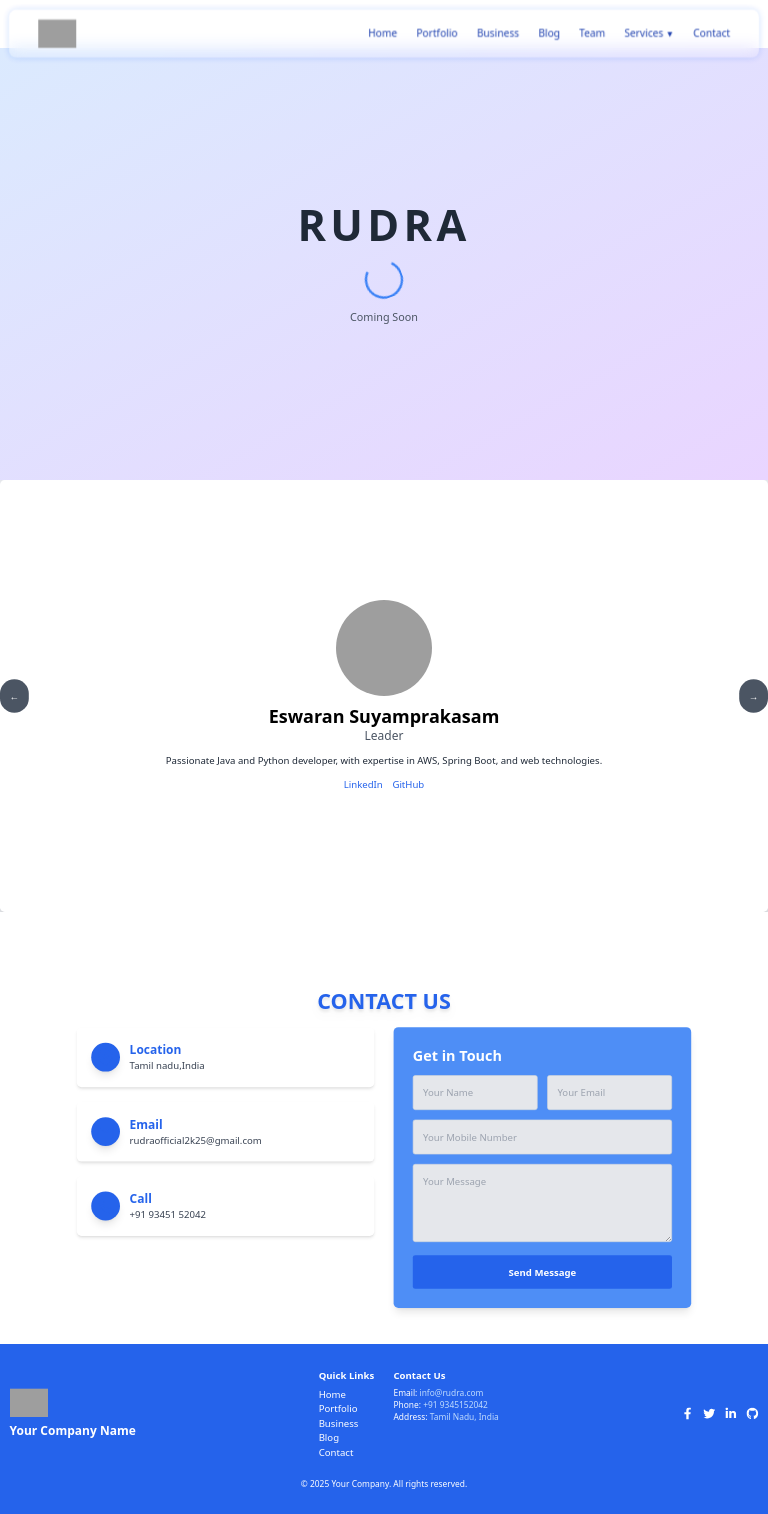
Repository: Rudra-Eswaran/Rudra_Official
Page: /
An editor plug-in stored every save of this project. The page is shown before and after a run of saves, followed by the edit.
The browser window is 1280 px wide. The pictures show the whole page, at 60% of full size.
Pictures or frames that could not be fetched are drawn as grey boxes. Some web libraries are served in a nearby version. The project was rebuilt for these pictures with package versions that can differ from the ones it lists, and the page was loaded fresh each time. Also part of the build but not shown: vite.config.js.

Above is the page before, as saved 2025-04-16 20:11:44.

### index.html
<!doctype html>
<html lang="en">
  <head>
    <meta charset="UTF-8" />
    <link rel="icon" type="image/svg+xml" href="/vite.svg" />
    <meta name="viewport" content="width=device-width, initial-scale=1.0" />
    <title>Rudra Loading</title>
    <!-- Tailwind CSS CDN -->
<script src="https://cdn.tailwindcss.com"></script>

  </head>
  <body>
    <div id="root"></div>
    <script type="module" src="/src/main.jsx"></script>
  </body>
</html>

### src/App.jsx
import Navbar from "./components/Navbar";
import Footer from "./pages/Footer";
import Contact from "./pages/Contactus";
import Rudrans from "./pages/Rudrans";
import Home from "./pages/Home";

export default function App() {
  return (
    <>
      <Navbar />

      {/* Add a top margin to push content below the navbar */}
      <div className="mt-[80px]"> {/* Adjust this value based on your navbar height */}

        <Home/>
        <Rudrans />
        <Contact />
      </div>

      {/* Footer will be at the bottom */}
      <Footer />
    </>
  );
}

### src/components/Navbar.jsx
import { useState, useEffect } from "react";
import { Link } from "react-router-dom";

const Navbar = () => {
  const [isDropdownOpen, setIsDropdownOpen] = useState(false);
  const [scrolled, setScrolled] = useState(false);

  useEffect(() => {
    const handleScroll = () => {
      setScrolled(window.scrollY > 10);
    };
    window.addEventListener("scroll", handleScroll);
    return () => window.removeEventListener("scroll", handleScroll);
  }, []);

  return (
    <nav
      className={`fixed top-4 left-[15px] right-[15px] z-50 p-4 rounded-xl backdrop-blur-md transition-all duration-300 ease-in-out
        ${scrolled ? "shadow-[0_0_20px_rgba(0,102,255,0.4)]" : "shadow-[0_0_12px_rgba(0,102,255,0.2)]"}`}
    >
      <div className="flex justify-between items-center px-4 md:px-8 bg-transparent">
        {/* Logo */}
        <div className="flex items-center space-x-2">
          <img
            src="path_to_your_logo.gif"
            alt="Logo"
            className="h-12 w-auto transition-transform transform hover:scale-110"
          />
        </div>

        {/* Desktop Menu */}
        <ul className="hidden md:flex space-x-8 text-[17px] font-medium text-blue-800">
          <li>
            <Link to="/" className="hover:text-blue-400 hover:scale-105 transition-all">
              Home
            </Link>
          </li>
          <li>
            <Link to="/portfolio" className="hover:text-blue-400 hover:scale-105 transition-all">
              Portfolio
            </Link>
          </li>
          <li>
            <Link to="/business" className="hover:text-blue-400 hover:scale-105 transition-all">
              Business
            </Link>
          </li>
          <li>
            <Link to="/blog" className="hover:text-blue-400 hover:scale-105 transition-all">
              Blog
            </Link>
          </li>
          <li>
            <Link to="/team" className="hover:text-blue-400 hover:scale-105 transition-all">
              Team
            </Link>
          </li>

          {/* Services Dropdown */}
          <li className="relative">
            <button
              onClick={() => setIsDropdownOpen(!isDropdownOpen)}
              className="flex items-center hover:text-blue-400 hover:scale-105 transition-all"
            >
              Services <span className="ml-1 text-sm">{isDropdownOpen ? "▲" : "▼"}</span>
            </button>
            {isDropdownOpen && (
              <ul className="absolute left-0 mt-2 bg-white border border-blue-200 shadow-xl rounded-md py-2 w-44 animate-fadeIn space-y-2 text-blue-800 z-50">
                <li>
                  <Link
                    to="/products"
                    className="block px-4 py-2 hover:bg-blue-50 hover:text-blue-500 transition-all"
                    onClick={() => setIsDropdownOpen(false)}
                  >
                    Products
                  </Link>
                </li>
                <li>
                  <Link
                    to="/services"
                    className="block px-4 py-2 hover:bg-blue-50 hover:text-blue-500 transition-all"
                    onClick={() => setIsDropdownOpen(false)}
                  >
                    Services
                  </Link>
                </li>
                <li>
                  <Link
                    to="/edtech"
                    className="block px-4 py-2 hover:bg-blue-50 hover:text-blue-500 transition-all"
                    onClick={() => setIsDropdownOpen(false)}
                  >
                    Edtech
                  </Link>
                </li>
              </ul>
            )}
          </li>

          <li>
            <Link to="/contact" className="hover:text-blue-400 hover:scale-105 transition-all">
              Contact
            </Link>
          </li>
        </ul>
      </div>
    </nav>
  );
};

export default Navbar;

### src/pages/Footer.jsx
import React from "react";
import { Link } from "react-router-dom";
import { FaFacebookF, FaTwitter, FaLinkedinIn, FaGithub } from "react-icons/fa"; // Social Media Icons

const Footer = () => {
  return (
    <footer className="bg-blue-600 text-white py-10">
      <div className="container mx-auto px-4">
        <div className="flex flex-col md:flex-row justify-between items-center">
          {/* Logo */}
          <div className="text-center md:text-left mb-6 md:mb-0">
            <img src="path_to_your_logo.gif" alt="Logo" className="h-12 w-auto" />
            <p className="text-xl font-semibold mt-2">Your Company Name</p>
          </div>

          {/* Links */}
          <div className="flex flex-col md:flex-row space-y-4 md:space-y-0 md:space-x-8 text-center md:text-left">
            <div>
              <h4 className="font-bold mb-2">Quick Links</h4>
              <ul>
                <li>
                  <Link to="/" className="hover:text-blue-200">Home</Link>
                </li>
                <li>
                  <Link to="/portfolio" className="hover:text-blue-200">Portfolio</Link>
                </li>
                <li>
                  <Link to="/business" className="hover:text-blue-200">Business</Link>
                </li>
                <li>
                  <Link to="/blog" className="hover:text-blue-200">Blog</Link>
                </li>
                <li>
                  <Link to="/contact" className="hover:text-blue-200">Contact</Link>
                </li>
              </ul>
            </div>

            {/* Contact */}
            <div>
              <h4 className="font-bold mb-2">Contact Us</h4>
              <ul>
                <li>
                  <p className="text-sm">Email: <span className="text-blue-200">info@rudra.com</span></p>
                </li>
                <li>
                  <p className="text-sm">Phone: <span className="text-blue-200">+91 9345152042</span></p>
                </li>
                <li>
                  <p className="text-sm">Address: <span className="text-blue-200">Tamil Nadu, India</span></p>
                </li>
              </ul>
            </div>
          </div>

          {/* Social Media Icons */}
          <div className="mt-6 md:mt-0 flex space-x-4 justify-center">
            <a href="https://facebook.com" target="_blank" rel="noopener noreferrer" className="text-white hover:text-blue-200">
              <FaFacebookF size={20} />
            </a>
            <a href="https://twitter.com" target="_blank" rel="noopener noreferrer" className="text-white hover:text-blue-200">
              <FaTwitter size={20} />
            </a>
            <a href="https://linkedin.com" target="_blank" rel="noopener noreferrer" className="text-white hover:text-blue-200">
              <FaLinkedinIn size={20} />
            </a>
            <a href="https://github.com" target="_blank" rel="noopener noreferrer" className="text-white hover:text-blue-200">
              <FaGithub size={20} />
            </a>
          </div>
        </div>

        {/* Bottom Section */}
        <div className="text-center mt-8">
          <p className="text-sm">&copy; {new Date().getFullYear()} Your Company. All rights reserved.</p>
        </div>
      </div>
    </footer>
  );
};

export default Footer;

### src/pages/Contactus.jsx
import React, { useState } from "react";
import { motion } from "framer-motion";
import { FiPhone, FiMail, FiMapPin, FiX } from "react-icons/fi";  // Using react-icons for Phone, Email, Location
import { CONTACT_INFO, MODAL_MESSAGES, FORM_FIELDS, BUTTON_LABELS } from "../Constants"; // Import constants

const Contactus = ({ scrollToFooter }) => {
  const [formData, setFormData] = useState({ name: "", email: "", message: "", phone: "" });
  const [submitted, setSubmitted] = useState(false);
  const [loading, setLoading] = useState(false);
  const [showModal, setShowModal] = useState(false);

  const handleChange = (e) => {
    setFormData({ ...formData, [e.target.name]: e.target.value });
  };

  const handleSubmit = async (e) => {
    e.preventDefault();

    if (!formData.name || !formData.email || !formData.message || !formData.phone) {
      alert("Please fill in all the fields.");
      return;
    }

    const emailRegex = /^[^\s@]+@[^\s@]+\.[^\s@]+$/;
    if (!emailRegex.test(formData.email)) {
      alert("Please enter a valid email address.");
      return;
    }

    setLoading(true);
    try {
      const response = await fetch(`${import.meta.env.VITE_BACKEND_BASE_URL}/contact`, {
        method: "POST",
        headers: { "Content-Type": "application/json" },
        body: JSON.stringify(formData),
      });

      const result = await response.json();
      if (result.success) {
        setSubmitted(true);
        setShowModal(true);
        setFormData({ name: "", email: "", message: "", phone: "" });
        setTimeout(() => setShowModal(false), 4000);
      } else {
        alert("Failed to submit form");
      }
    } catch (err) {
      console.error("Error submitting form:", err);
      alert("Something went wrong!");
    } finally {
      setLoading(false);
    }
  };

  return (
    <motion.section
      initial={{ opacity: 0, y: 30 }}
      animate={{ opacity: 1, y: 0 }}
      transition={{ duration: 0.6, ease: "easeOut" }}
      className="relative text-black pt-32 pb-12 px-4 md:px-6 min-h-screen bg-white" // Removed scroll-mt-32
      style={{
        backgroundColor: "#ffffff", // White background
        backgroundSize: "cover",
        backgroundPosition: "center",
        backgroundRepeat: "no-repeat",
      }}
    >
      <div className="relative container mx-auto max-w-5xl text-center">
        <motion.h2
          className="text-3xl md:text-4xl font-bold text-blue-600 mb-6 uppercase drop-shadow-lg"
          initial={{ opacity: 0, y: -20 }}
          animate={{ opacity: 1, y: 0 }}
          transition={{ duration: 0.5 }}
          whileHover={{ textShadow: "0px 0px 10px rgba(0, 123, 255, 0.8)" }}
        >
          Contact Us
        </motion.h2>
      </div>

      <div className="relative container mx-auto grid grid-cols-1 md:grid-cols-2 gap-6 md:gap-8 max-w-5xl pb-0 mb-0">
        <div className="space-y-6">
          {Object.keys(CONTACT_INFO).map((key) => (
            <InfoBox
              key={key}
              icon={
                key === "location" ? (
                  <FiMapPin size={30} className="text-blue-600" />
                ) : key === "phone" ? (
                  <FiPhone size={30} className="text-blue-600" />
                ) : (
                  <FiMail size={30} className="text-blue-600" />
                )
              }
              title={CONTACT_INFO[key].title}
              text={CONTACT_INFO[key].text}
              onClick={scrollToFooter}
            />
          ))}
        </div>

        <div className="bg-blue-500 bg-opacity-90 p-6 md:p-8 rounded-lg shadow-lg">
          <motion.h3 whileHover={{ scale: 1.05, color: "#ffffff" }} className="text-xl md:text-2xl font-semibold mb-4 text-white">
            Get in Touch
          </motion.h3>
          <form onSubmit={handleSubmit} className="space-y-4">
            <div className="grid grid-cols-1 md:grid-cols-2 gap-4">
              <InputField type="text" name="name" placeholder={FORM_FIELDS.name} value={formData.name} handleChange={handleChange} />
              <InputField type="email" name="email" placeholder={FORM_FIELDS.email} value={formData.email} handleChange={handleChange} />
            </div>
            <InputField type="tel" name="phone" placeholder={FORM_FIELDS.phone} value={formData.phone} handleChange={handleChange} />
            <TextAreaField name="message" placeholder={FORM_FIELDS.message} value={formData.message} handleChange={handleChange} />
            <motion.button
              whileHover={{ scale: !loading ? 1.05 : 1 }}
              type="submit"
              disabled={loading}
              className={`w-full p-3 md:p-4 rounded text-white font-semibold transition ${loading ? "bg-gray-500 cursor-not-allowed" : "bg-blue-600 hover:bg-blue-700"}`}
            >
              {loading ? BUTTON_LABELS.sending : BUTTON_LABELS.send}
            </motion.button>
          </form>
        </div>
      </div>

      {showModal && (
        <div className="fixed inset-0 flex items-center justify-center z-50 bg-black bg-opacity-60">
          <motion.div
            initial={{ scale: 0.8, opacity: 0 }}
            animate={{ scale: 1, opacity: 1 }}
            className="bg-white text-black p-6 rounded-xl shadow-xl max-w-sm w-full relative"
          >
            <button
              onClick={() => setShowModal(false)}
              className="absolute top-2 right-2 text-gray-500 hover:text-red-500"
            >
              <FiX size={20} />
            </button>
            <h4 className="text-xl font-bold mb-2 text-blue-600">{MODAL_MESSAGES.success.title}</h4>
            <p>{MODAL_MESSAGES.success.message}</p>
          </motion.div>
        </div>
      )}
    </motion.section>
  );
};

const InfoBox = ({ icon, title, text, onClick }) => (
  <motion.div
    onClick={onClick}
    className="cursor-pointer bg-white p-4 md:p-6 rounded-lg flex items-center gap-4 shadow-md transition-transform transform hover:scale-103 hover:shadow-lg"
    whileHover={{ scale: 1.03, boxShadow: "0px 0px 10px rgba(0, 123, 255, 0.4)" }}
  >
    <motion.div
      className="w-12 h-12 flex items-center justify-center rounded-full bg-blue-600 text-white shadow-lg"
      whileHover={{ boxShadow: "0px 0px 15px rgba(0, 123, 255, 1)" }}
      transition={{ duration: 0.3 }}
    >
      {icon}
    </motion.div>
    <div>
      <h4 className="text-lg md:text-xl font-semibold text-blue-600">{title}</h4>
      <p className="text-gray-700">{text}</p>
    </div>
  </motion.div>
);

const InputField = ({ type, name, placeholder, value, handleChange }) => (
  <motion.input
    whileFocus={{ scale: 1.02 }}
    type={type}
    name={name}
    placeholder={placeholder}
    required
    value={value}
    onChange={handleChange}
    className="w-full p-3 md:p-4 rounded bg-gray-200 border border-gray-300 focus:border-blue-500 transition"
  />
);

const TextAreaField = ({ name, placeholder, value, handleChange }) => (
  <motion.textarea
    whileFocus={{ scale: 1.02 }}
    name={name}
    placeholder={placeholder}
    required
    rows="4"
    value={value}
    onChange={handleChange}
    className="w-full p-3 md:p-4 rounded bg-gray-200 border border-gray-300 focus:border-blue-500 transition"
  />
);

export default Contactus;

### src/pages/Rudrans.jsx
import React, { useState } from 'react';
import teamData from '../teamData.json'; // adjust the path if needed

const Rudrans = () => {
  const [currentIndex, setCurrentIndex] = useState(0);

  const nextSlide = () => {
    setCurrentIndex((prevIndex) => (prevIndex + 1) % teamData.length);
  };

  const prevSlide = () => {
    setCurrentIndex((prevIndex) =>
      prevIndex === 0 ? teamData.length - 1 : prevIndex - 1
    );
  };

  return (
    <div className="relative w-full h-screen bg-gray-200 overflow-hidden">
      <div className="flex justify-center items-center w-full h-full">
        <div className="flex flex-col items-center justify-center bg-white rounded-lg shadow-lg p-8 w-full h-full">
          <img
            src={teamData[currentIndex].photo}
            alt={teamData[currentIndex].name}
            className="w-40 h-40 rounded-full mb-4 object-cover"
          />
          <h2 className="text-3xl font-bold">{teamData[currentIndex].name}</h2>
          <p className="text-xl text-gray-600">{teamData[currentIndex].role}</p>
          <p className="mt-4 text-center text-gray-800">{teamData[currentIndex].bio}</p>
          <div className="mt-4 flex space-x-4">
            <a
              href={teamData[currentIndex].linkedin}
              target="_blank"
              rel="noopener noreferrer"
              className="text-blue-600 hover:underline"
            >
              LinkedIn
            </a>
            <a
              href={teamData[currentIndex].github}
              target="_blank"
              rel="noopener noreferrer"
              className="text-blue-600 hover:underline"
            >
              GitHub
            </a>
          </div>
        </div>
      </div>

      <button
        onClick={prevSlide}
        className="absolute left-0 top-1/2 transform -translate-y-1/2 bg-gray-600 text-white p-4 rounded-full hover:bg-gray-700"
      >
        &#8592;
      </button>

      <button
        onClick={nextSlide}
        className="absolute right-0 top-1/2 transform -translate-y-1/2 bg-gray-600 text-white p-4 rounded-full hover:bg-gray-700"
      >
        &#8594;
      </button>
    </div>
  );
};

export default Rudrans;

### src/pages/Home.jsx
import React from 'react';

const Home = () => {
  return (
    <div className="flex flex-col items-center justify-center min-h-screen bg-gradient-to-br from-blue-100 to-purple-200 text-center">
      {/* Logo / Title */}
      <h1 className="text-5xl md:text-7xl font-extrabold text-gray-800 tracking-widest mb-6">
        RUDRA
      </h1>

      {/* Loading Spinner */}
      <div className="w-16 h-16 border-4 border-blue-500 border-t-transparent rounded-full animate-spin"></div>

      {/* Optional message */}
      <p className="mt-4 text-lg text-gray-600">Coming Soon</p>
    </div>
  );
};

export default Home;

### src/Constants.jsx
// constants.js
export const CONTACT_INFO = {
    location: {
      title: "Location",
      text: "Tamil nadu,India",
      icon: "FiMapPin",
    },
    email: {
      title: "Email",
      text: "rudraofficial2k25@gmail.com",
      icon: "FiMail",
    },
    phone: {
      title: "Call",
      text: "+91 93451 52042",
      icon: "FiPhone",
    },
  };

  export const MODAL_MESSAGES = {
    success: {
      title: "Success!",
      message: "Your message has been sent. We'll get back to you soon.",
    },
    error: {
      title: "Error",
      message: "Something went wrong. Please try again later.",
    },
  };

  export const FORM_FIELDS = {
    name: "Your Name",
    email: "Your Email",
    phone: "Your Mobile Number",
    message: "Your Message",
  };

  export const BUTTON_LABELS = {
    send: "Send Message",
    sending: "Sending...",
  };

### src/teamData.json
[
    {
      "name": "Eswaran Suyamprakasam",
      "role": "Leader",
      "bio": "Passionate Java and Python developer, with expertise in AWS, Spring Boot, and web technologies.",
      "linkedin": "https://www.linkedin.com/in/eswaran-s/",
      "github": "https://github.com/Eswaran-IT",
      "photo": "/path/to/eswaran-photo.jpg"
    },
    {
      "name": "Member 2",
      "role": "Frontend Developer",
      "bio": "Focused on building responsive and interactive UI with JavaScript frameworks.",
      "linkedin": "https://www.linkedin.com/in/member2",
      "github": "https://github.com/member2",
      "photo": "/path/to/member2-photo.jpg"
    },
    {
      "name": "Member 3",
      "role": "Backend Developer",
      "bio": "Specialized in server-side development with expertise in Spring Boot and Java.",
      "linkedin": "https://www.linkedin.com/in/member3",
      "github": "https://github.com/member3",
      "photo": "/path/to/member3-photo.jpg"
    }
  ]

Loaded but not shown: src/main.jsx (common file)

After the next 2 saves:
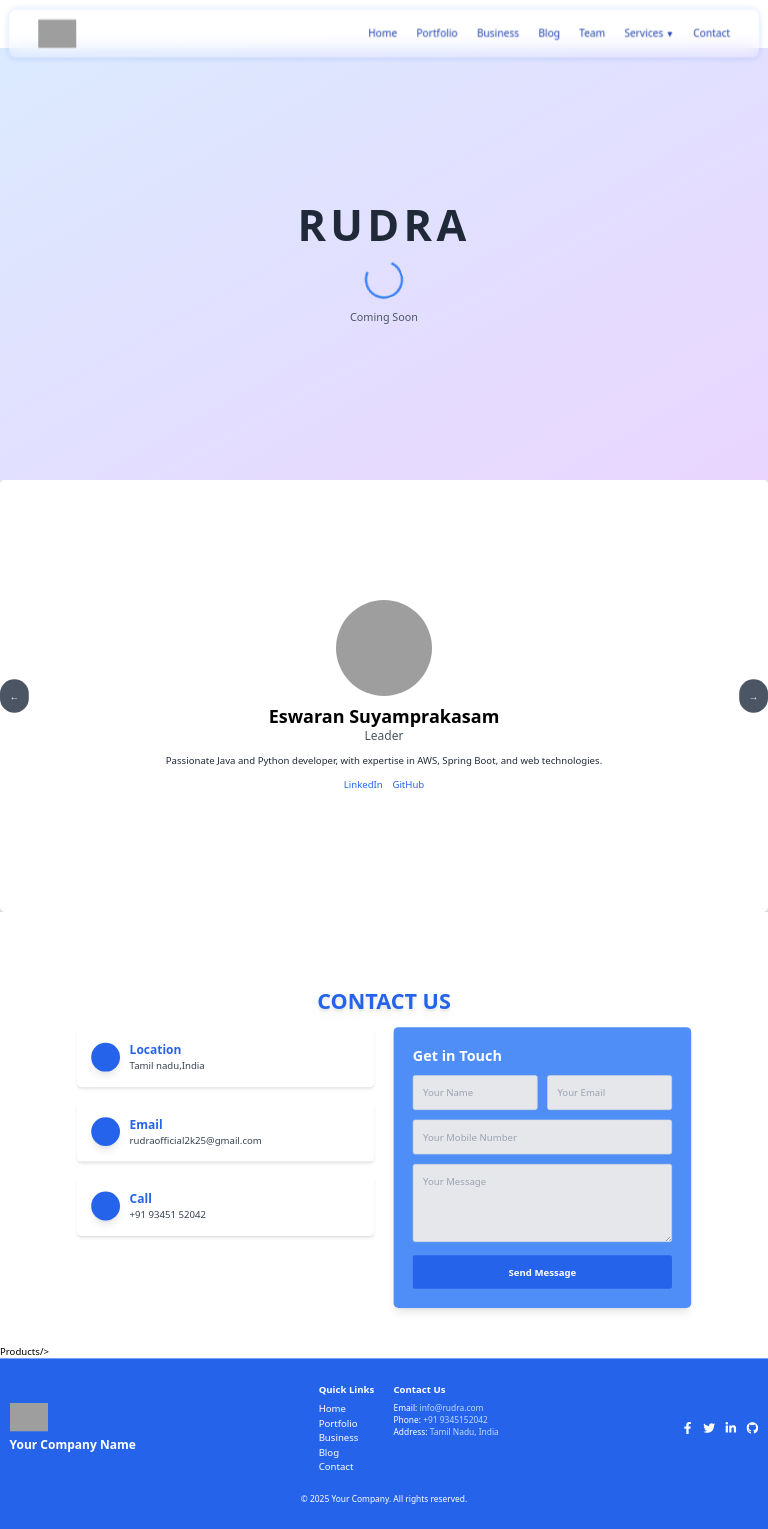
The 2 saves are shown as one change because they came seconds apart.
The last was saved 11 s later.
--- a/src/App.jsx
+++ b/src/App.jsx
@@ -15,6 +15,7 @@ export default function App() {
         <Home/>
         <Rudrans />
         <Contact />
+        Products/>
       </div>
 
       {/* Footer will be at the bottom */}
